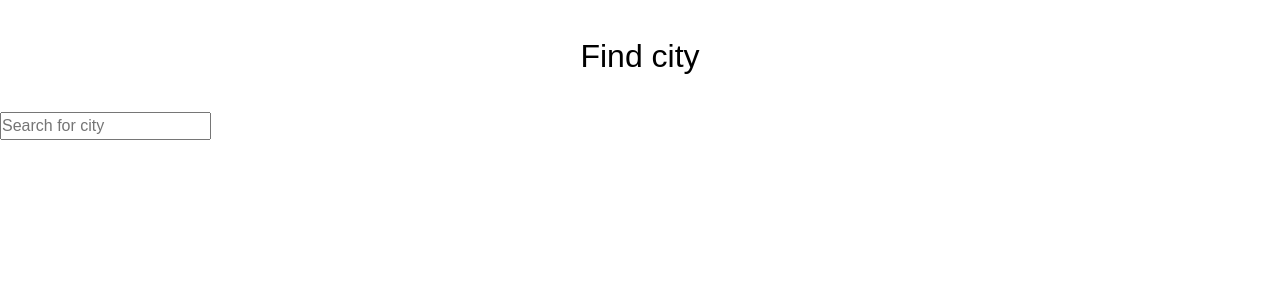
Repository: dung8466/Javascript30
Page: Pratice axios/index.html
The author's editor kept a copy of each file at every save. The page is drawn from the files as they stood at one save, then again after the next save.
The browser window is 1280 px wide. The pictures show the whole page.

Above is the page before, as saved 2022-07-20 16:09:27.

### Pratice axios/index.html
<!DOCTYPE html>
<html lang="en">
<head>
    <meta charset="UTF-8">
    <meta http-equiv="X-UA-Compatible" content="IE=edge">
    <meta name="viewport" content="width=device-width, initial-scale=1.0">
    <title>Cities</title>
    <link rel="stylesheet" href="style.css">
</head>
<body>
    <header>
        Find city
    </header>

    <main id="container">
        <form action="" id="form">
            <input type="search" name="cityName" placeholder="Search for city" id="input">
            <ul id="citiesList">
            </ul>
        </form>
    </main>

    <script src="app.js"></script>
</body>
</html>

### Pratice axios/style.css
*{
    font-family: Arial, Helvetica, sans-serif;
    font-size: 16px;
    line-height: 1.5;
    padding: 0;
    margin: 0;
    box-sizing: border-box;
}

header{
    text-align: center;
    margin: 2rem;
    font-size: 2rem;
}

Loaded but not shown: Pratice axios/app.js (no copy from this time; the picture is the same without it)

After the next save:
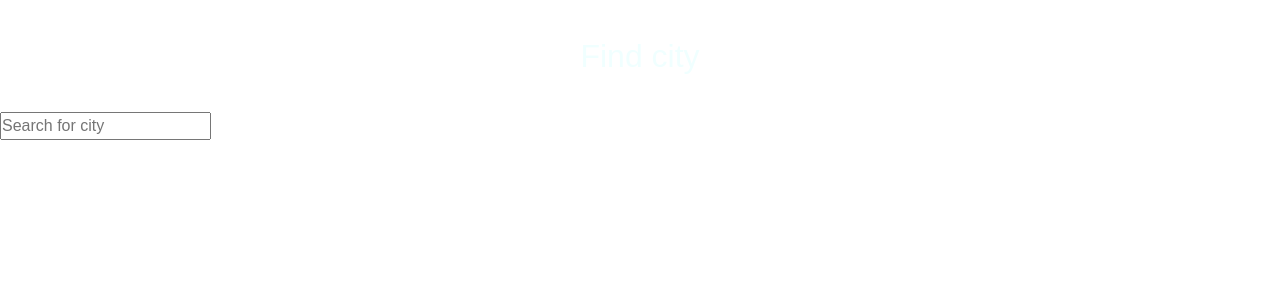
Saved 19 s later.
--- a/Pratice axios/style.css
+++ b/Pratice axios/style.css
@@ -11,4 +11,5 @@ header{
     text-align: center;
     margin: 2rem;
     font-size: 2rem;
+    color: azure;
 }
